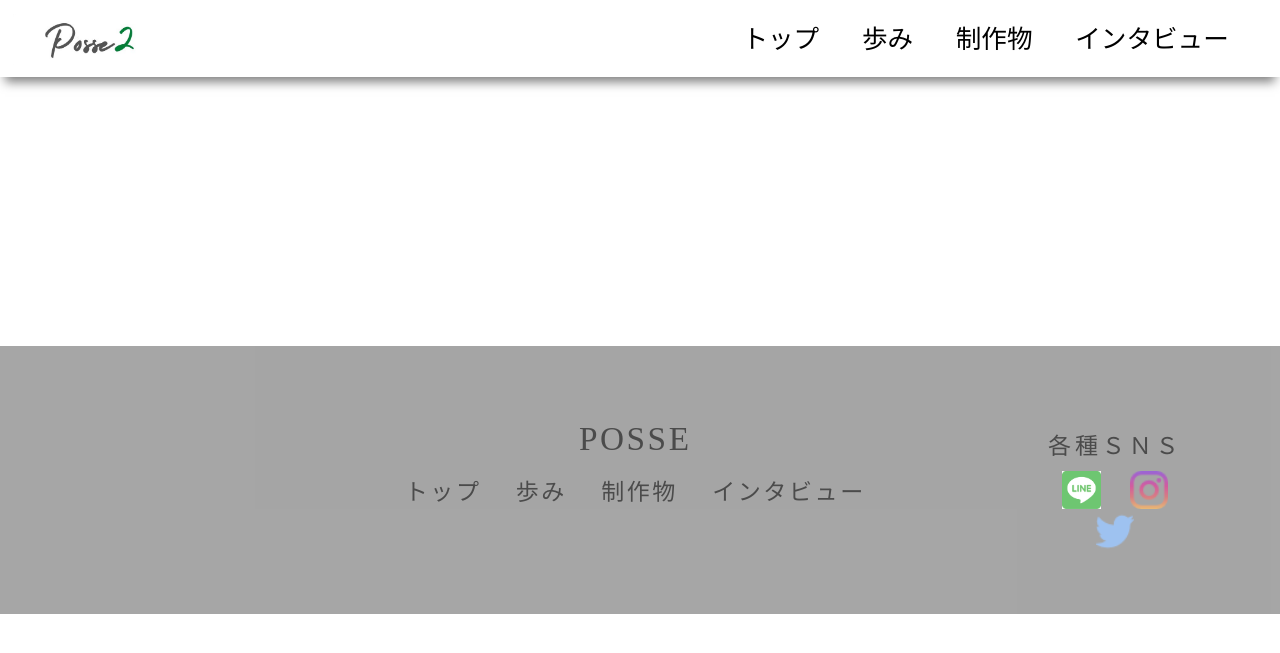
Repository: posse-ap/posse2-hackathon-202202-team2A
Page: topPage/index.html
These files come from the project's save history. The page is drawn as it stood at one moment and after the next save; the edit follows.
The browser window is 1280 px wide. The pictures show the whole page.

Above is the page before, as saved 2022-02-15 02:51:32.

After the next save:
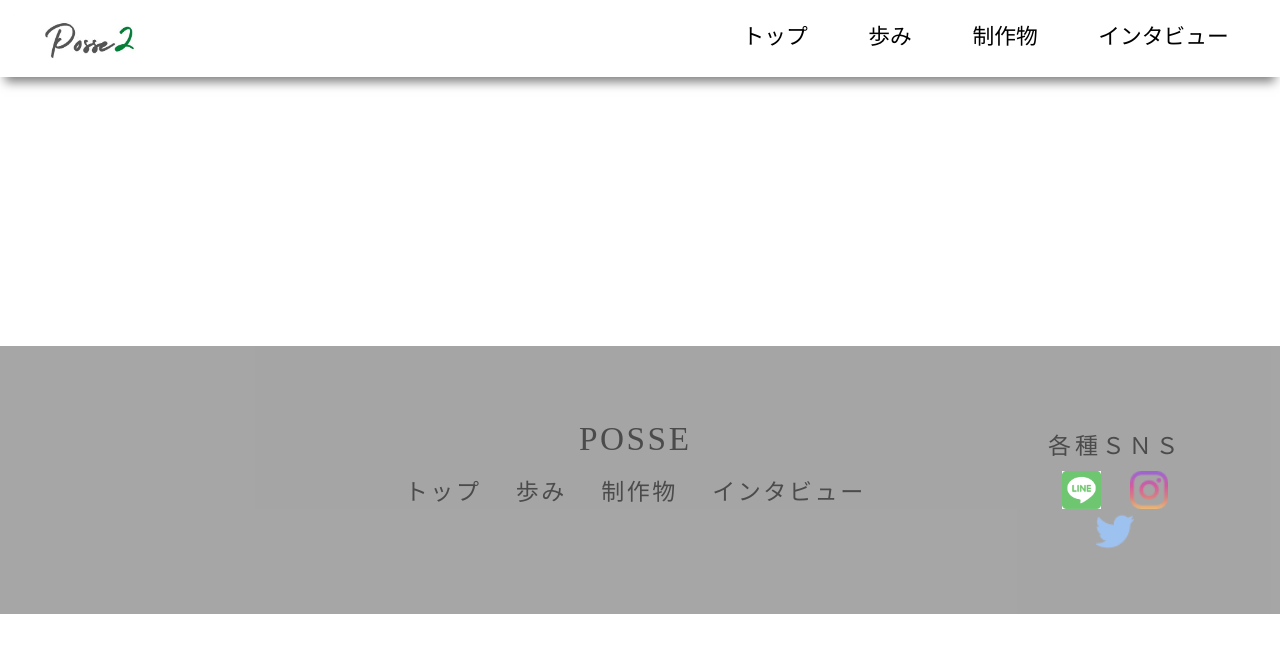
Saved 70 s later.
--- a/topPage/style.css
+++ b/topPage/style.css
@@ -44,7 +44,7 @@
     display: block;
     color: black;
     text-decoration: none;
-    font-size: 2rem;
+    font-size: 1.7rem;
 }
 
 .header_links li a:hover {

After the save that followed:
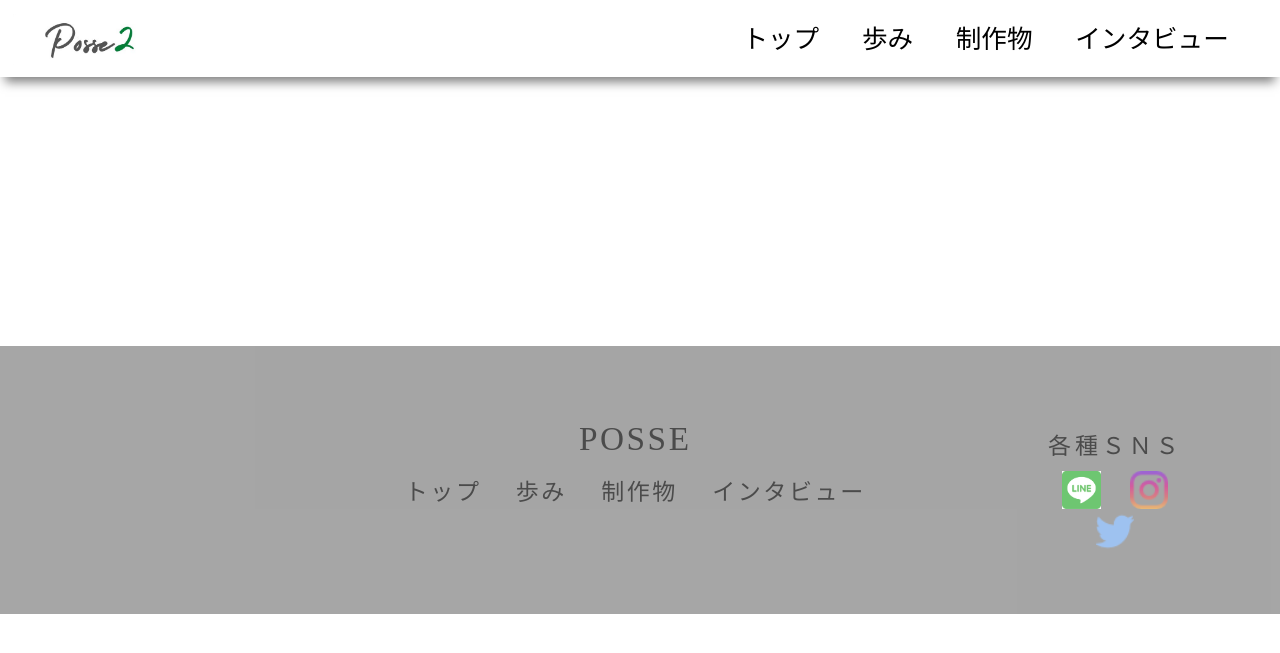
Saved 5 s later.
--- a/topPage/style.css
+++ b/topPage/style.css
@@ -44,7 +44,7 @@
     display: block;
     color: black;
     text-decoration: none;
-    font-size: 1.7rem;
+    font-size: 2rem;
 }
 
 .header_links li a:hover {
